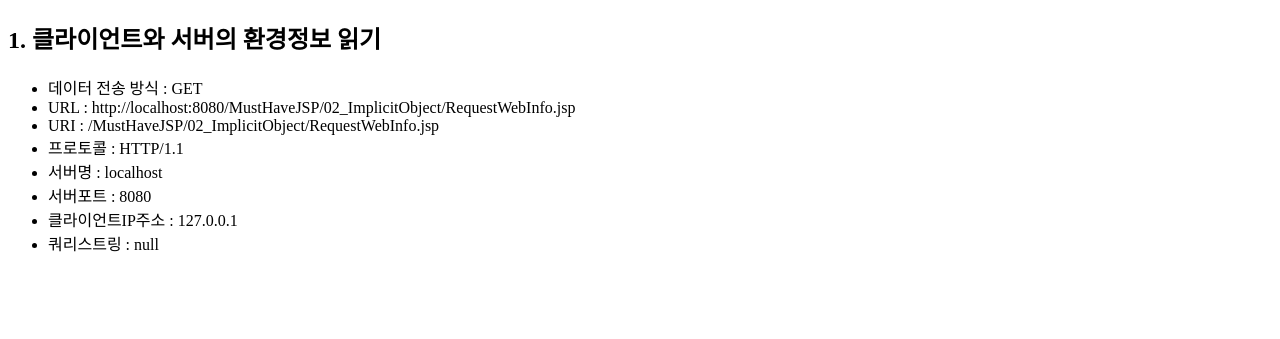
Repository: redi961/JSP_Studying
Page: http://localhost/MustHaveJSP/02_ImplicitObject/RequestWebInfo.jsp
An editor plug-in stored every save of this project. The page is shown before and after the next save, followed by the edit.
The browser window is 1280 px wide. The pictures show the whole page.
The page is served by Tomcat 9. Other server files are loaded and not shown.

Above is the page before, as saved 2022-10-11 01:15:51.

### MustHaveJSP/src/main/webapp/02_ImplicitObject/RequestWebInfo.jsp
<%@ page language="java" contentType="text/html; charset=UTF-8"
    pageEncoding="UTF-8"%>
<!DOCTYPE html>
<html>
<head><title>내장 객체 - request</title>
<meta charset="UTF-8">
</head>
<body>
	<h2>1. 클라이언트와 서버의 환경정보 읽기</h2>
	<ul>
		<li>데이터 전송 방식 : <%= request.getMethod()%></li>
		<li>URL : <%= request.getRequestURL()%></li>
		<li>URI : <%= request.getRequestURI()%></li>
		<li>프로토콜 : <%= request.getProtocol()%></li>
		<li>서버명 : <%= request.getServerName()%></li>
		<li>서버포트 : <%= request.getServerPort()%></li>
		<li>클라이언트IP주소 : <%= request.getRemoteAddr()%></li>
		<li>쿼리스트링 : <%= request.getQueryString()%></li>
	</ul>
</body>
</html>

After the next save:
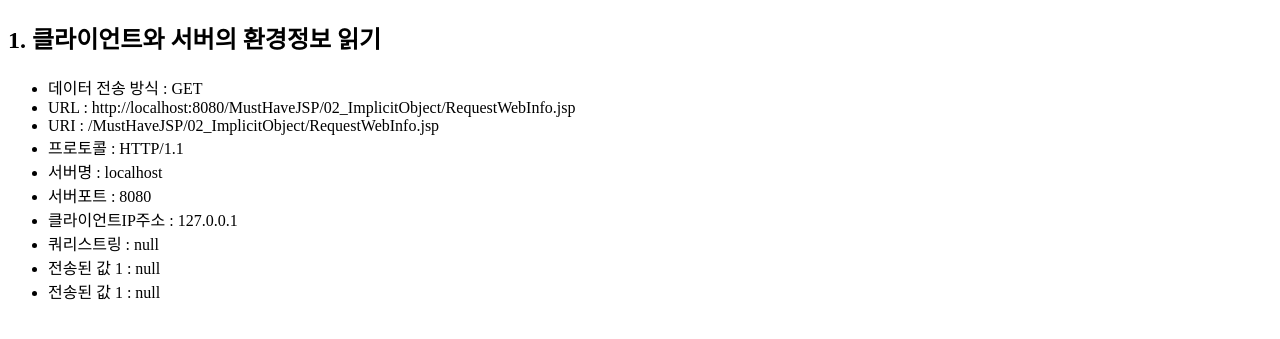
Saved 48 s later.
--- a/MustHaveJSP/src/main/webapp/02_ImplicitObject/RequestWebInfo.jsp
+++ b/MustHaveJSP/src/main/webapp/02_ImplicitObject/RequestWebInfo.jsp
@@ -16,6 +16,8 @@
 		<li>서버포트 : <%= request.getServerPort()%></li>
 		<li>클라이언트IP주소 : <%= request.getRemoteAddr()%></li>
 		<li>쿼리스트링 : <%= request.getQueryString()%></li>
+		<li>전송된 값 1 : <%= request.getParameter("eng") %></li>
+		<li>전송된 값 1 : <%= request.getParameter("han") %></li>
 	</ul>
 </body>
 </html>
